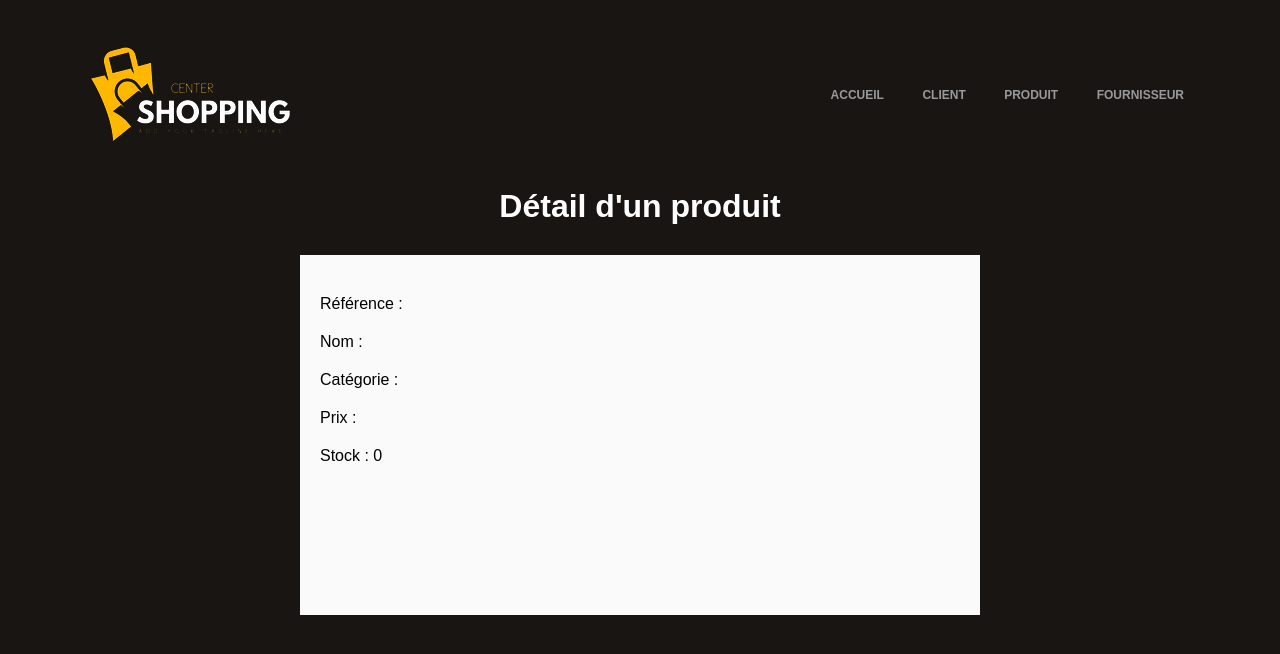
Repository: rayan-stive/e-commerce-symfony
Page: templates/produit/edite.html.twig
An editor plug-in stored every save of this project. The page is shown before and after the next save, followed by the edit.
The browser window is 1280 px wide. The pictures show the whole page.
The page is a Twig template of a Symfony application; nobody is signed in and links lead nowhere. The template is opened directly, without the code that normally fills it, so the values that code supplies are empty.

Above is the page before, as saved 2022-07-08 19:45:19.

### templates/produit/edite.html.twig
{% extends "base.html.twig" %}

{% block title %}Shopping | Produit | Détails{% endblock %}

{% block stylesheets %}
    <link rel="stylesheet" href="{{ asset('style.css') }}">
{% endblock %}

{% block body %}
   <h1 class="titre">Détail d'un produit</h1>

   <div class="affichage">
        <div class="profile">
            <p><span> Référence : </span>{{ produit.reference }} </p>
            <p><span> Nom : </span>{{ produit.nom }} </p>
            <p><span> Catégorie : </span>{{ produit.categorie }} </p>
            <p><span> Prix : </span>{{ produit.prix }} </p>
            <p><span> Stock : </span> 0 </p>
        </div>
   </div>
{% endblock %}

### templates/base.html.twig
<!DOCTYPE html>
<html>
<head>
    <meta charset="UTF-8">
    <title>{% block title %}Shopping{% endblock %}</title>

    {% block stylesheets %}
        <link rel="stylesheet" href="{{ asset('style.css') }}">
        <link rel="stylesheet" href="{{ asset('css/font-awesome.min.css') }}">
    {% endblock %}

    {% block javascripts %}{% endblock %}
</head>
<body>
    <div class="container">
        <div class="navbar">
            <div class="logo">
                <img src="{{ asset('image/shopping.png') }}" alt="" class="shop" />
            </div>
            <nav class="menu">
                <ul>
                    <li><a href="{{ path('app_accueil')}}">ACCUEIL</a></li>
                    <li><a href="{{ path('app_client')}}">CLIENT</a></li>
                    <li><a href="{{ path('app_produit')}}">PRODUIT</a></li>
                    <li><a href="{{ path('app_fournisseur')}}">FOURNISSEUR</a></li>
                </ul>
            </nav>
        </div>

        {# Contenu #}
        {% block body %}{% endblock %}
    </div>
</body>
</html>

### public/style.css
* {
    margin: 0;
    padding: 0;
    font-family: sans-serif;
}

.container {
    width: 100%;
    height: 100vh;
    background-color: #191513;
}

.navbar {
    width: 90%;
    display: flex;
    align-items: center;
    justify-content: space-between;
    margin: auto;
}

.logo {
    cursor: pointer;
    margin: 35px 0;
}

nav ul li {
    list-style:none;
    display: inline-block;
    margin-right: 30px;
}

nav ul li a {
    text-decoration: none;
    color: #999;
    font-size: 12px;
    font-weight: bold;
    padding: 5px 2px;
}

nav ul li a:hover {
    color: #fff;
    border-bottom: 3px solid #eea16d;
}

nav ul li a:active {
    color: #ff5000;
    border-bottom: 3px solid #eea16d;
}

.titre {
    margin-bottom: 30px;
    color: #fff;
    text-align: center;
}

.tableau {
    display: flex;
    align-items: center;
    justify-content: center;
    background-color: #fafafa;
}

table {
    width: 85%;
    border-collapse: collapse;
    margin: 5px 0;

}
tr:hover {
    background-color: #f5f5f5;
}

tr:nth-child(even) {
    background-color: #f2fef2;
}

th, td {
    text-align: center;
    padding: 5px;
    border: 1px solid #ddd;
}

th {
    color: #fefefe;
    background-color: rgb(255,195,0);
    height: 30px;
}

button {
    margin: 2px 5px;
}

.action {
    width: 200px;
}

.affichage {
    width: 100%;
    height: 50%;
    display: flex;
    justify-content: center;
}

.profile {
    width: 50%;
    padding: 20px;
    background-color: #fafafa;
}

.profile p {
    margin: 20px 0;
}

.btn_nouveau {
    margin: 0 10px;
    text-decoration: none;
    border: 1px solid black;
}

After the next save:
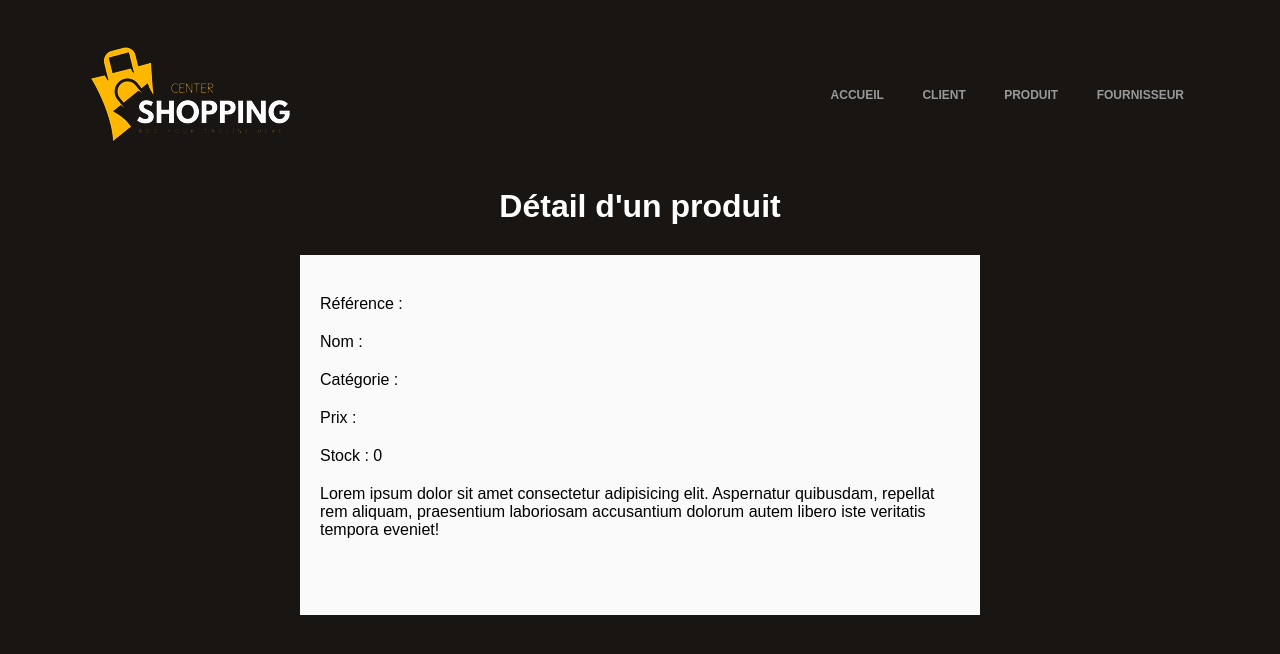
Saved 2 h 35 min later.
--- a/templates/produit/edite.html.twig
+++ b/templates/produit/edite.html.twig
@@ -16,6 +16,9 @@
             <p><span> Catégorie : </span>{{ produit.categorie }} </p>
             <p><span> Prix : </span>{{ produit.prix }} </p>
             <p><span> Stock : </span> 0 </p>
+            <p>
+                Lorem ipsum dolor sit amet consectetur adipisicing elit. Aspernatur quibusdam, repellat rem aliquam, praesentium laboriosam accusantium dolorum autem libero iste veritatis tempora eveniet!
+            </p>
         </div>
    </div>
 {% endblock %}
